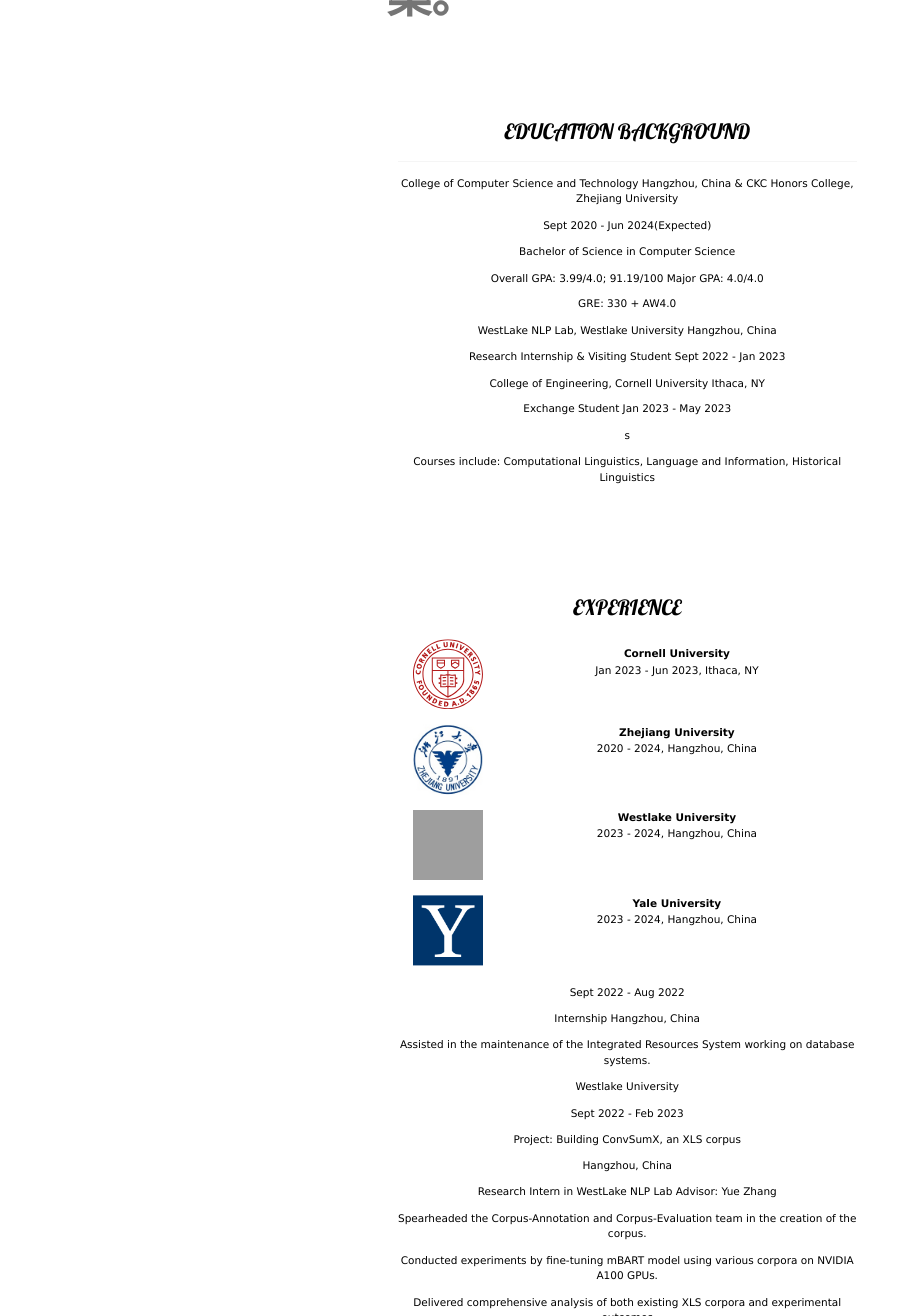
Repository: Ej-zhou/ej-zhou.github.io
Page: index.html
The author's editor kept a copy of each file at every save. The page is drawn from the files as they stood at one save, then again after the next save.
The browser window is 1280 px wide. The page is 1304 px wide, so the pictures cover 1304 px, including what lies to the right of the window. The pictures show the part of the page from y = 1113 to 2993 px (the page is 6738 px tall), at 70% of full size.
Pictures or frames that could not be fetched are drawn as grey boxes. Some web fonts or font styles are not loaded; a fallback is used.

Above is the page before, as saved 2023-08-12 16:46:22.

After the next save:
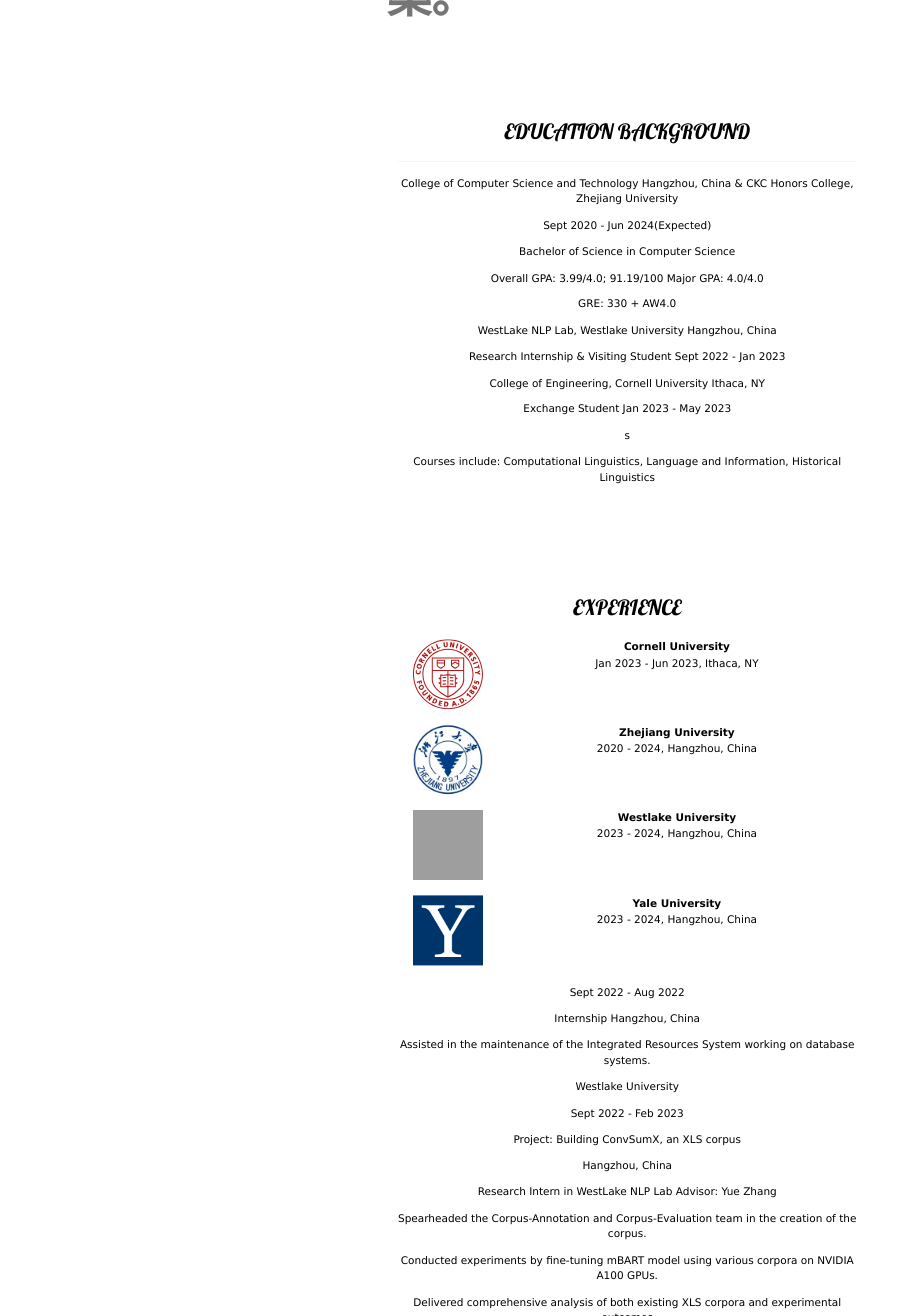
Saved 16 s later.
--- a/index.html
+++ b/index.html
@@ -427,7 +427,7 @@
                 <td style="padding-left:20px;padding-right:20px;width:20%;vertical-align:middle;text-align:center;">
                     <img src="logo/cornell_seal_simple_web/cornell_seal_simple_web_b31b1b.svg" alt="Cornell University Seal" class="university-logo" />
                 </td>
-                <td style="padding: 20px; width:80%" valign="top">
+                <td width="80%" valign="top">
                     <b>Cornell University</b>
                     <br>Jan 2023 - Jun 2023, Ithaca, NY
                 </td>
